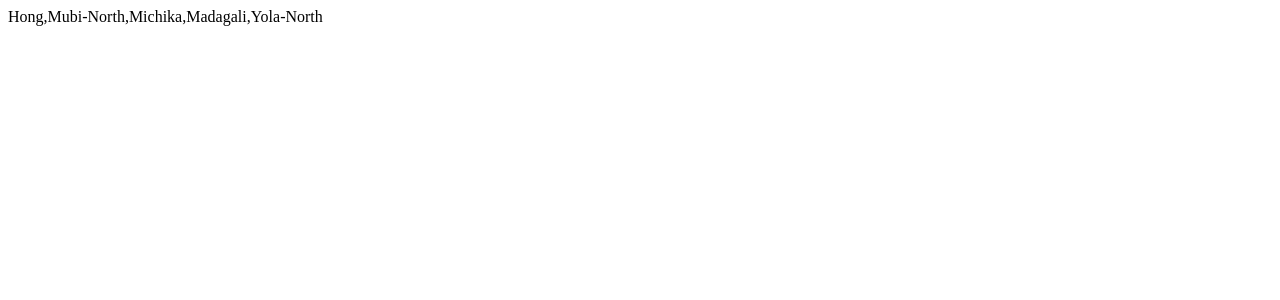
Repository: mofrey-max/clc-second
Page: index2.html
The author's editor kept a copy of each file at every save. The page is drawn from the files as they stood at one save, then again after the next save.
The browser window is 1280 px wide. The pictures show the whole page.

Above is the page before, as saved 2020-06-08 11:57:34.

After the next save:
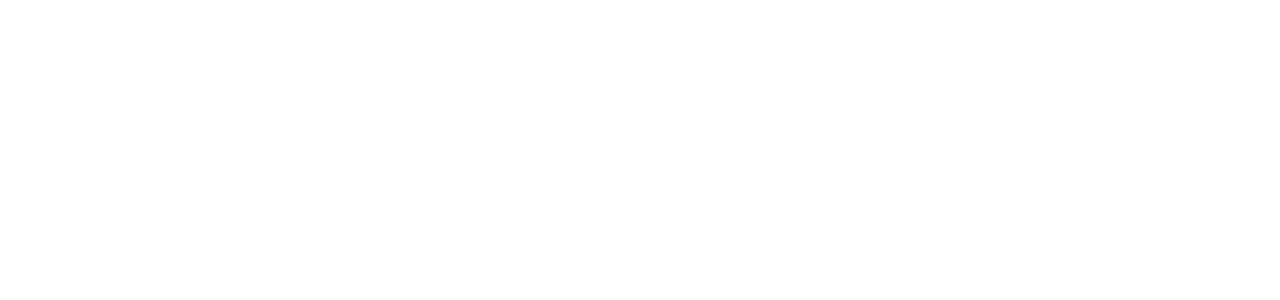
Console error: SyntaxError: Unexpected identifier 'i'
Saved 2 min 1 s later.
--- a/js/examlpe.js
+++ b/js/examlpe.js
@@ -14,4 +14,6 @@
 
 let lga = new Array("Hong", "Mubi-North", "Michika", "Madagali", "Yola-North")
 
-document.write(lga)
+for (i=0 i<lga.length; i++){
+
+}

After the 2 saves that followed:
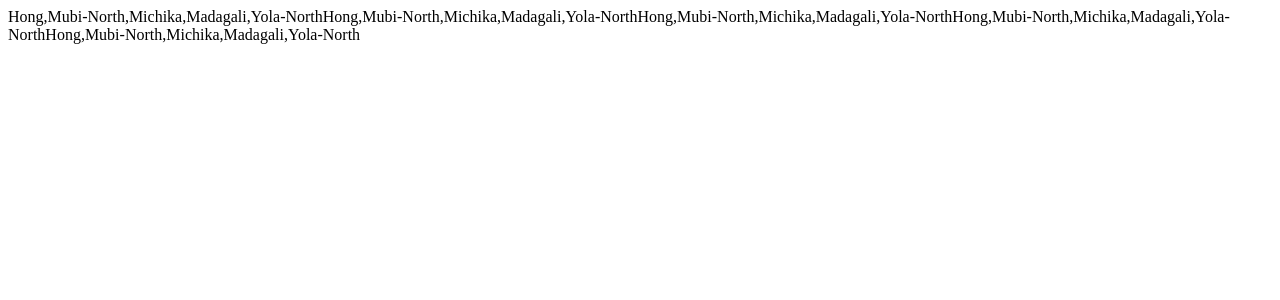
The error is gone.
The 2 saves are shown as one change because 1 left the picture as it was.
The last was saved 74 s later.
--- a/js/examlpe.js
+++ b/js/examlpe.js
@@ -14,6 +14,6 @@
 
 let lga = new Array("Hong", "Mubi-North", "Michika", "Madagali", "Yola-North")
 
-for (i=0 i<lga.length; i++){
-
+for (i=0; i<lga.length; i++){
+document.write(lga)
 }
